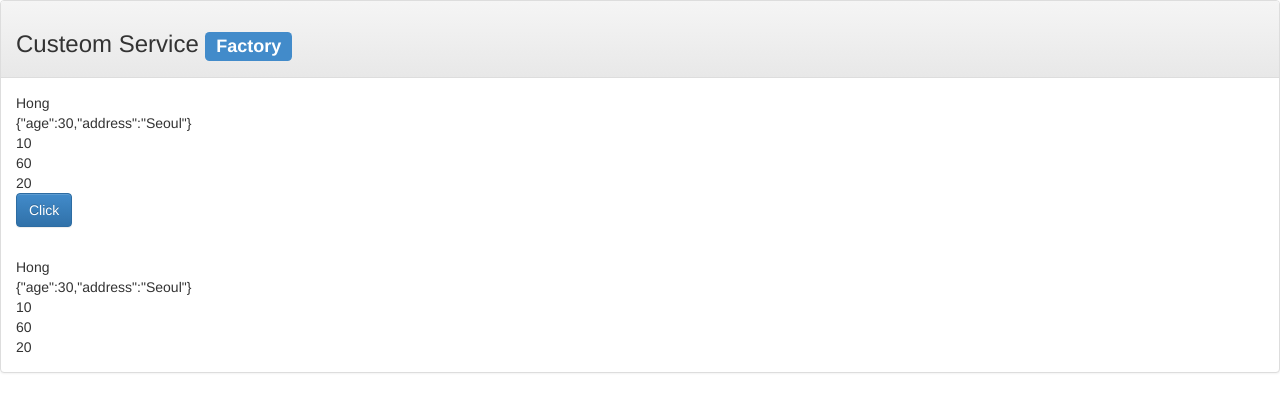
Repository: chisun-joung/workplace
Page: angularJS/WebContent/Chap18_Service/S06_Service.html
The author's editor kept a copy of each file at every save. The page is drawn from the files as they stood at one save, then again after the next save.
The browser window is 1280 px wide. The pictures show the whole page.
Some web libraries are served in a nearby version.

Above is the page before, as saved 2016-11-30 01:07:23.

After the next save:
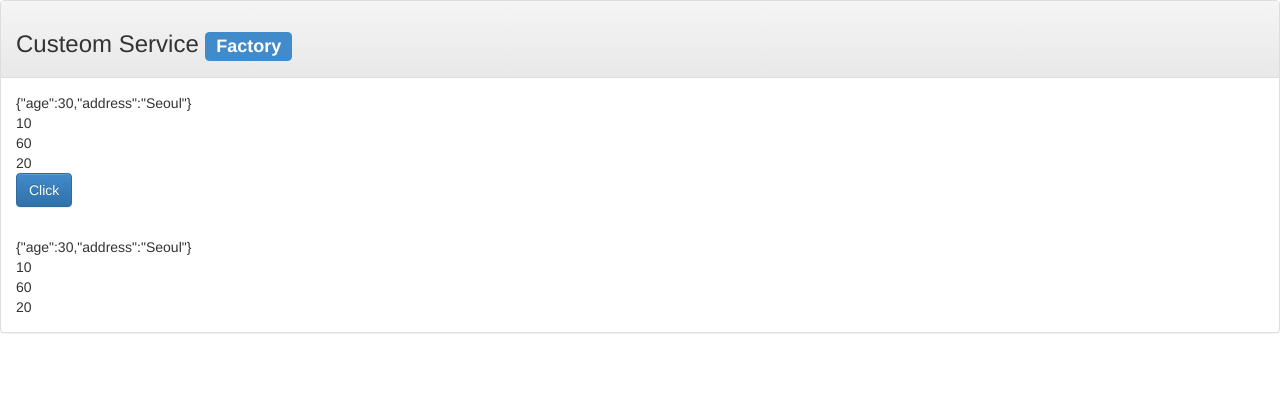
Saved 3 min 26 s later.
--- a/angularJS/WebContent/Chap18_Service/S06_Service.html
+++ b/angularJS/WebContent/Chap18_Service/S06_Service.html
@@ -2,7 +2,7 @@
 <html ng-app="app">
 <head>
 	<meta charset="UTF-8">
-	<title>Factory</title>
+	<title>Service</title>
 	<script src="https://ajax.googleapis.com/ajax/libs/angularjs/1.2.9/angular.js"></script>
 	<link href="bootstrap.css" rel="stylesheet" />
 	<link href="bootstrap-theme.css" rel="stylesheet" />
@@ -17,40 +17,34 @@
 				return this.age + " : " + this.address;
 			}
 		});
-		demo.factory('demoFactory',['name','user',function(name, user){
+		demo.service('demoService',['name','user',function(name, user){
 			var jumsu = [10,20,30,0,0];
-			var userName = name;
-			var user = user;
+			this.userName = name;
+			this.user = user;
 			var setKor = function(kor){
 				jumsu[0] = kor;
 			}
-			var getKor = function(){
+			this.getKor = function(){
 				return jumsu[0];
 			}
-			var getTotal = function(){
+			this.getTotal = function(){
 				jumsu[3] = jumsu[0] + jumsu[1] + jumsu[2];
 				return jumsu[3];
 			}
-			var getAvg = function(){
+			this.getAvg = function(){
 				jumsu[4] = jumsu[3] /3 ;
 				return jumsu[4];
 			}
-			return {
-				name : userName,
-				user : user,
-				getKor : getKor,
-				getAvg : getAvg,
-				getTotal : getTotal
-			}
+
 		}]);
 
 		var app = angular.module('app', ['demo']);
-		app.controller('mainCtrl', ['$scope', 'demoFactory',function ($scope, demoFactory) {
-			$scope.name = demoFactory.name;
-			$scope.user = demoFactory.user;
-			$scope.kor = demoFactory.getKor();
-			$scope.total = demoFactory.getTotal();
-			$scope.avg = demoFactory.getAvg();
+		app.controller('mainCtrl', ['$scope', 'demoService',function ($scope, demoService) {
+			$scope.name = demoService.name;
+			$scope.user = demoService.user;
+			$scope.kor = demoService.getKor();
+			$scope.total = demoService.getTotal();
+			$scope.avg = demoService.getAvg();
 
 			$scope.change = function() {
 				$scope.user.age = 100;

After the save that followed:
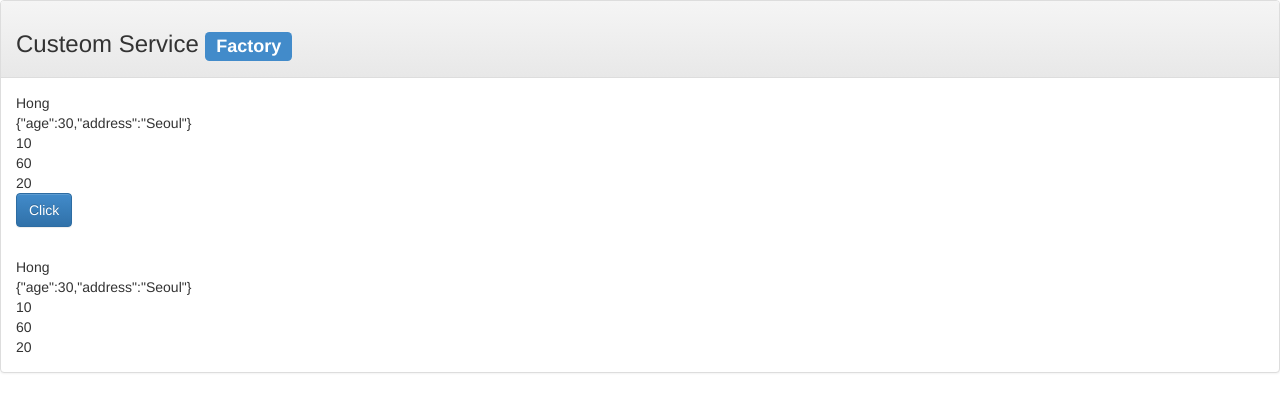
Saved 2 min 14 s later.
--- a/angularJS/WebContent/Chap18_Service/S06_Service.html
+++ b/angularJS/WebContent/Chap18_Service/S06_Service.html
@@ -40,7 +40,7 @@
 
 		var app = angular.module('app', ['demo']);
 		app.controller('mainCtrl', ['$scope', 'demoService',function ($scope, demoService) {
-			$scope.name = demoService.name;
+			$scope.name = demoService.userName;
 			$scope.user = demoService.user;
 			$scope.kor = demoService.getKor();
 			$scope.total = demoService.getTotal();
